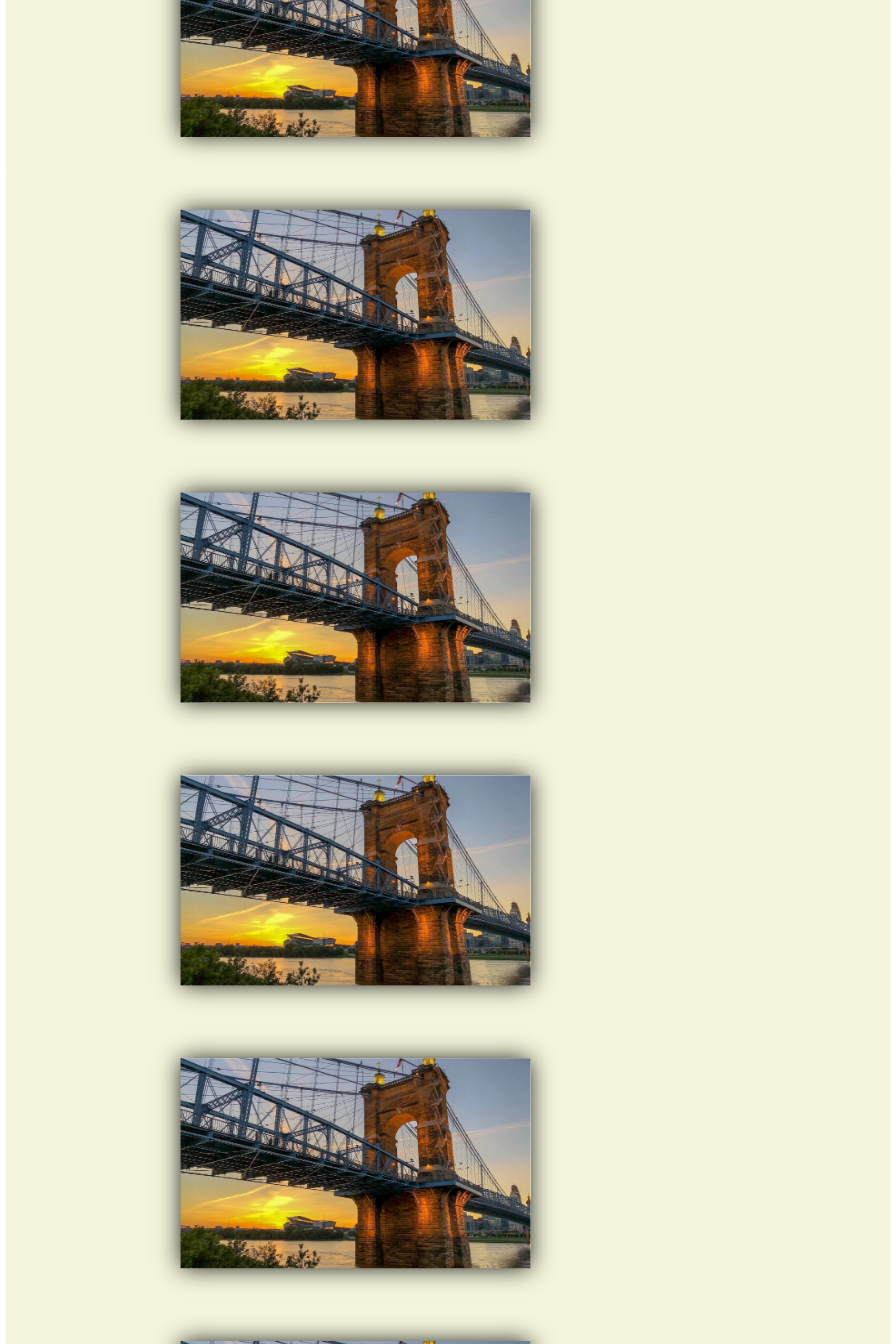
Repository: LtGriff/capstoneprogress
Page: index.html
The author's editor kept a copy of each file at every save. The page is drawn from the files as they stood at one save, then again after the next save.
The browser window is 1280 px wide. The pictures show the part of the page from y = 1844 to 3764 px (the page is 4122 px tall before and 4687 px after), at 70% of full size.

Above is the page before, as saved 2022-06-06 00:16:53.

After the next save:
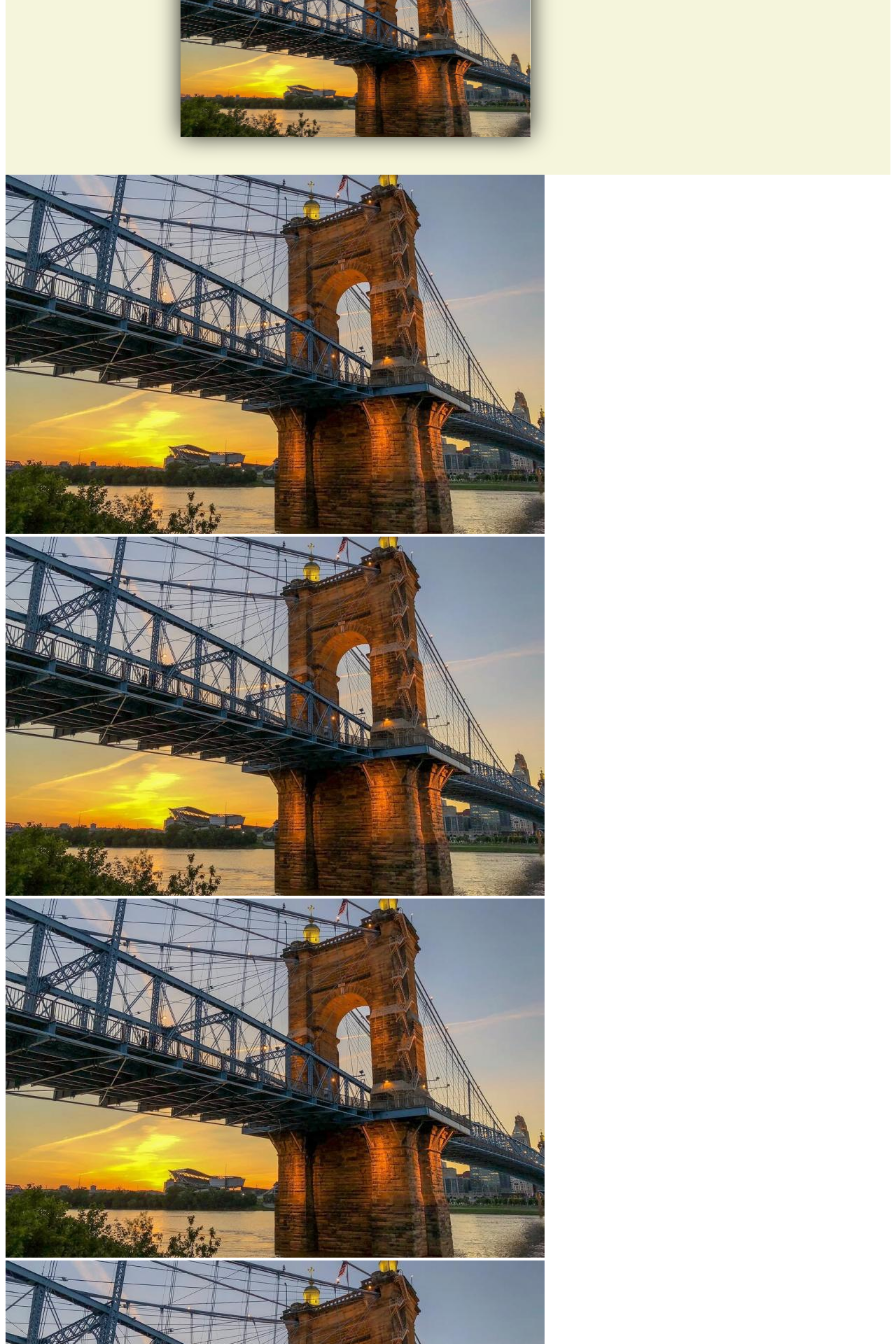
Saved 14 s later.
--- a/index.html
+++ b/index.html
@@ -56,7 +56,7 @@
 
 
 
-<section class="gallery">
+<section class="gallerytwo">
      <div class="picture">
           <img src="img/bridge.jpg" alt="bridge">
 
